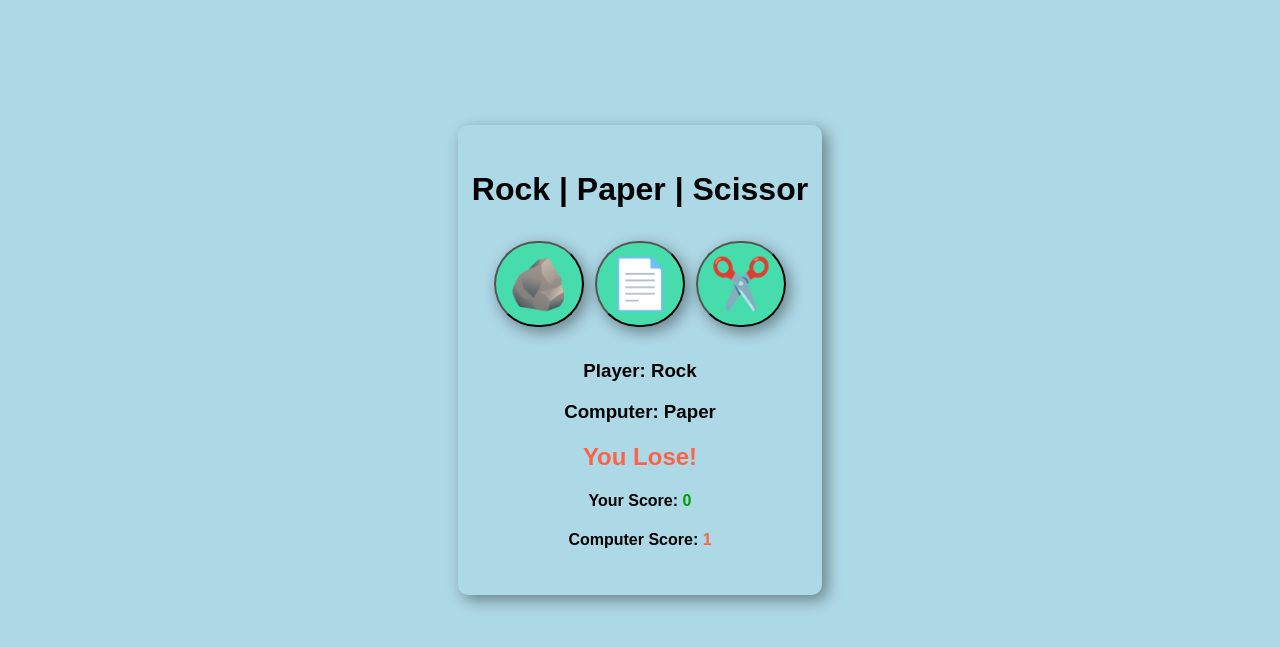
Repository: SakthivelDurai47/Rock-Paper-Sissors
Page: index.html
These files come from the project's save history. The page is drawn as it stood at one moment and after the next save; the edit follows.
The browser window is 1280 px wide. The pictures show the whole page.
After loading, the first visible `button` was clicked once.

Above is the page before, as saved 2025-04-14 23:28:52.

### index.html
<!DOCTYPE html>
<html lang="en">
  <head>
    <meta charset="UTF-8" />
    <meta name="viewport" content="width=device-width, initial-scale=1.0" />
    <title>Rock, Paper, Scissor</title>
    <meta name="aurthor" content="Sakthivel Durai S" />
    <link rel="stylesheet" href="styles.css" />
  </head>
  <body>
    <main>
      <h1>Rock | Paper | Scissor</h1>
      <div id="choice">
        <button onclick="playGame('Rock')">🪨</button>
        <button onclick="playGame('Paper')">📄</button>
        <button onclick="playGame('Scissor')">✂️</button>
      </div>
      <div id="info">
        <h3 id="playerInfo">Player:</h3>
        <h3 id="computerInfo">Computer:</h3>
      </div>
      <h2 id="result">Choose!</h2>
      <div id="scores">
        <h4>Your Score: <span id="scorePlr">0</span></h4>
        <h4>Computer Score: <span id="scoreCum">0</span></h4>
      </div>
    </main>
    <script src="index.js"></script>
  </body>
</html>

### styles.css
body {
  margin: 0;
  font-family: Arial, sans-serif;
  display: flex;
  flex-direction: column;
  align-items: center;
  text-align: center;
  background-color: lightblue;
  height: 100vh;
}
#choice {
  margin: 30px;
}
button {
  border-radius: 300px;
  font-size: 50px;
  padding: 12px;
  margin: 3px;
  background-color: hsla(160, 70%, 55%, 0.9);
  box-shadow: 4px 5px 15px rgba(0, 3, 3, 0.4);
  transition: background-color 0.5s ease;
  cursor: pointer;
}
button:hover {
  background-color: turquoise;
  scale: 110%;
}

#scorePlr {
  color: rgb(0, 156, 0);
}

#scoreCum {
  color: tomato;
}
.greenText {
  color: rgb(0, 156, 0);
}
.redText {
  color: tomato;
}
main {
  margin: auto;
  padding: 25px 3px;
  border-radius: 10px;
  box-shadow: 5px 5px 15px rgba(0, 0, 0, 0.4);
}
@keyframes shake {
  0% {
    transform: translateX(0);
  }
  20% {
    transform: translateX(-5px);
  }
  40% {
    transform: translateX(5px);
  }
  60% {
    transform: translateX(-5px);
  }
  80% {
    transform: translateX(5px);
  }
  100% {
    transform: translateX(0);
  }
}

.shake {
  animation: shake 0.4s ease;
}

### index.js
const choices = ["Rock", "Paper", "Scissor"];
const playerInfo = document.getElementById("playerInfo");
const computerInfo = document.getElementById("computerInfo");
const result = document.getElementById("result");
const scoreCom = document.getElementById("scoreCum");
const scorePlr = document.getElementById("scorePlr");
let playerScore = 0;
let computerScore = 0;

function playGame(playerChoice) {
  const computerChoice = choices[Math.floor(Math.random() * 3)];
  let results = "";
  console.log(computerChoice);

  if (playerChoice === computerChoice) {
    results = "It's a Tie";
  } else {
    switch (playerChoice) {
      case "Rock":
        results = computerChoice === "Scissor" ? "You Win!" : "You Lose!";
        break;
      case "Paper":
        results = computerChoice === "Rock" ? "You Win!" : "You Lose!";
        break;
      case "Scissor":
        results = computerChoice === "Paper" ? "You Win!" : "You Lose!";
        break;
    }
  }
  result.classList.remove("greenText", "redText");
  playerInfo.textContent = `Player: ${playerChoice}`;
  computerInfo.textContent = `Computer: ${computerChoice}`;
  result.textContent = results;
  result.classList.add("result");

  if (results === "You Win!") {
    playerScore++;
    result.classList.add("greenText");
  } else if (results === "You Lose!") {
    computerScore++;
    result.classList.add("redText");
  }
  scoreCom.innerText = computerScore;
  scorePlr.innerText = playerScore;
}

After the next save:
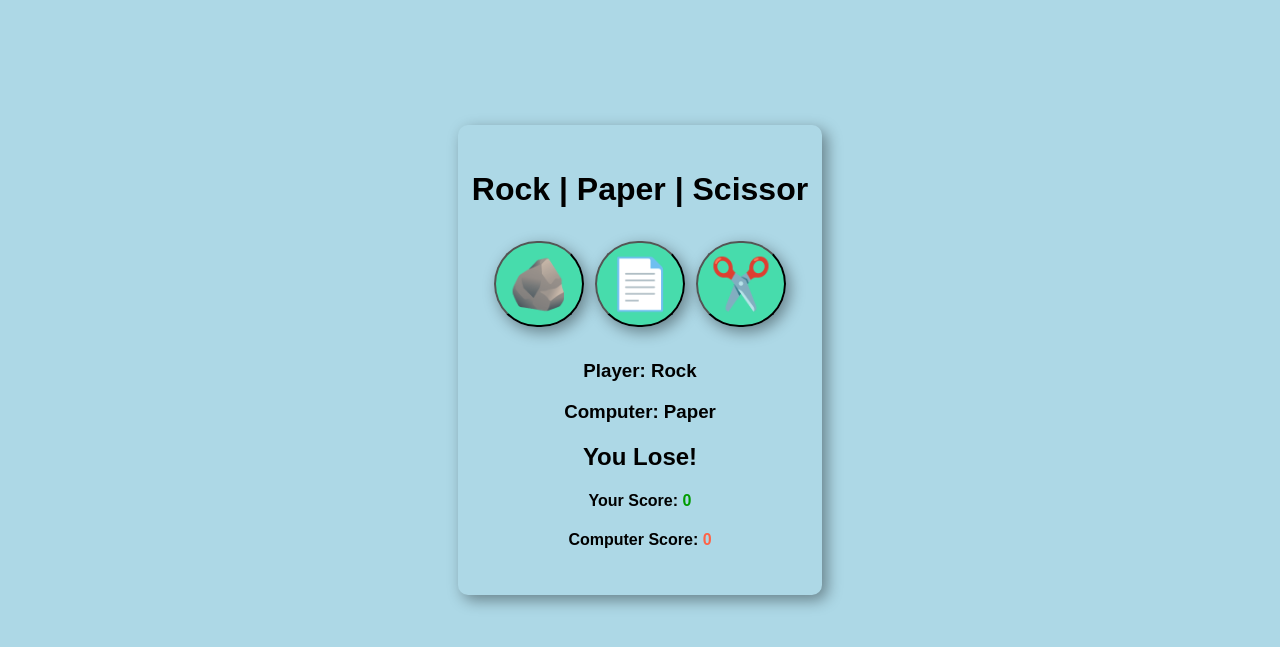
Console error: ReferenceError: resultEl is not defined
Saved 49 s later.
--- a/index.js
+++ b/index.js
@@ -31,7 +31,9 @@
   playerInfo.textContent = `Player: ${playerChoice}`;
   computerInfo.textContent = `Computer: ${computerChoice}`;
   result.textContent = results;
-  result.classList.add("result");
+  resultEl.classList.remove("shake");
+  void resultEl.offsetWidth;
+  resultEl.classList.add("shake");
 
   if (results === "You Win!") {
     playerScore++;

After the save that followed:
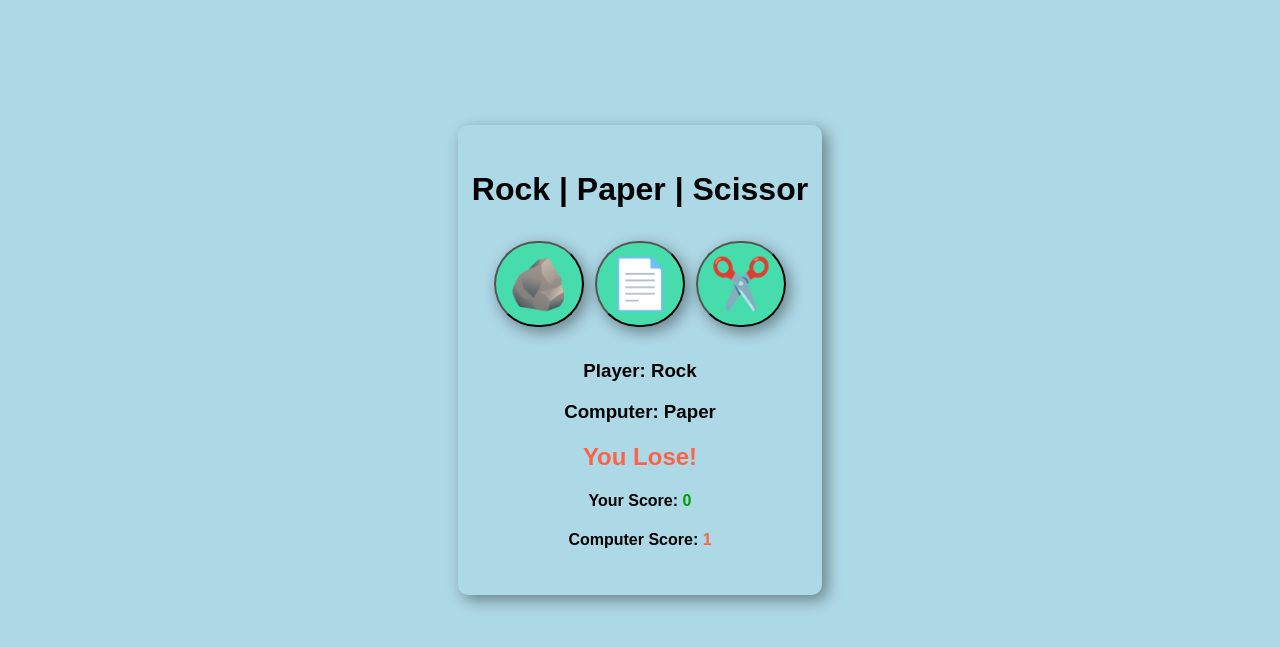
The error is gone.
Saved 17 s later.
--- a/index.js
+++ b/index.js
@@ -31,9 +31,9 @@
   playerInfo.textContent = `Player: ${playerChoice}`;
   computerInfo.textContent = `Computer: ${computerChoice}`;
   result.textContent = results;
-  resultEl.classList.remove("shake");
-  void resultEl.offsetWidth;
-  resultEl.classList.add("shake");
+  result.classList.remove("shake");
+  void result.offsetWidth;
+  result.classList.add("shake");
 
   if (results === "You Win!") {
     playerScore++;
